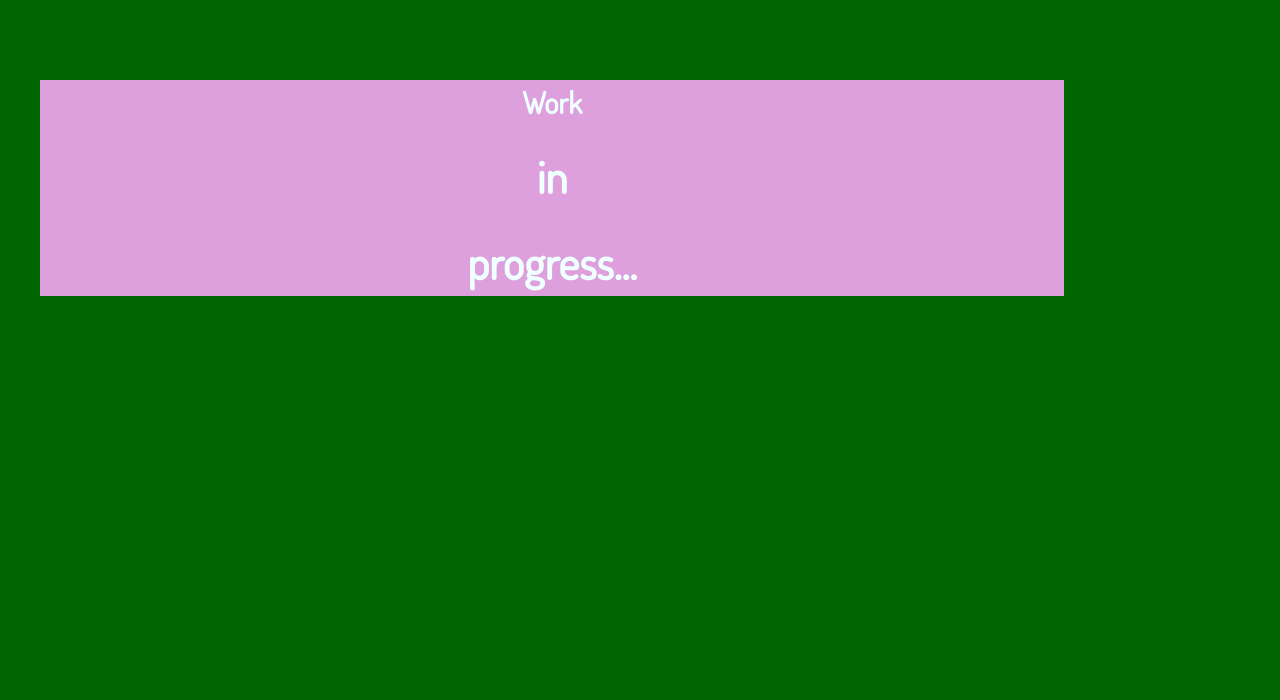
Repository: NollieChtn6/NollieChtn6.github.io
Page: index.html
The author's editor kept a copy of each file at every save. The page is drawn from the files as they stood at one save, then again after the next save.
The browser window is 1280 px wide. The pictures show the whole page.

Above is the page before, as saved 2023-11-10 18:14:53.

### index.html

<!DOCTYPE html>

<html lang="fr">

<head>
  <meta charset="utf-8">
  <meta name="viewport" content="width=device-width">
  <link href="css/reset.css" rel="stylesheet">
  <link href="css/style.css" rel="stylesheet">
  <link
    href="https://fonts.googleapis.com/css2?family=Dosis&display=swap"
    rel="stylesheet">
  <title>Portfolio</title>
</head>

<body>

  <main class="main__container">

    <div class="main__content">

      <h1 class="main__title">
        <span class="main__title main__title--level-1">
          Work
        </span>
        <span class="main__title main__title--level-2">
          in
        </span>
        <span class="main__title main__title--level-3">
          progress...
        </span>
      </h1>

    </div>

  </main>

</body>

</html>

### css/style.css
/* VARIABLES */

/* :root {

} */


/* GÉNÉRAL */

* {
  box-sizing: border-box;
}

html {
  font-size: 62.5%;
}

body {
  display: flex;
  flex-direction: column;
  height: 100vh;
  min-height: 100vh;
}

h1 {
  font-family: 'Dosis', sans-serif;
}


/* MAIN  */

.main__container {
  display: flex;
  flex-direction: column;
  background-color: antiquewhite;
  height: 100vh;
  width: 100vw;
}

.main__content {
  display: flex;
  flex-direction: column;
  background-color:darkgreen;
  height: 100vh;
  width: 100vw;
  margin-top: auto;
  /* padding: 5rem 0rem 0rem 8rem; */
  /* justify-content: center; */
  /* align-items: center; */
  padding-top: 8rem;
  padding-left: 4rem;;

}

h1 {
  display: flex;
  flex-direction: column;
  width: 80vw;
  height: 30vh;
  font-size: 3rem;
  background-color: plum;
  color: azure;
  justify-content: space-between;
}

.main__title--level-1 {
  align-self: center;

}

.main__title--level-2 {
  align-self: center;
  font-size: 1.5em;
}

.main__title--level-3 {
  align-self: center;
  font-size: 1.5em;
}

Loaded but not shown: css/reset.css (common file)

After the next save:
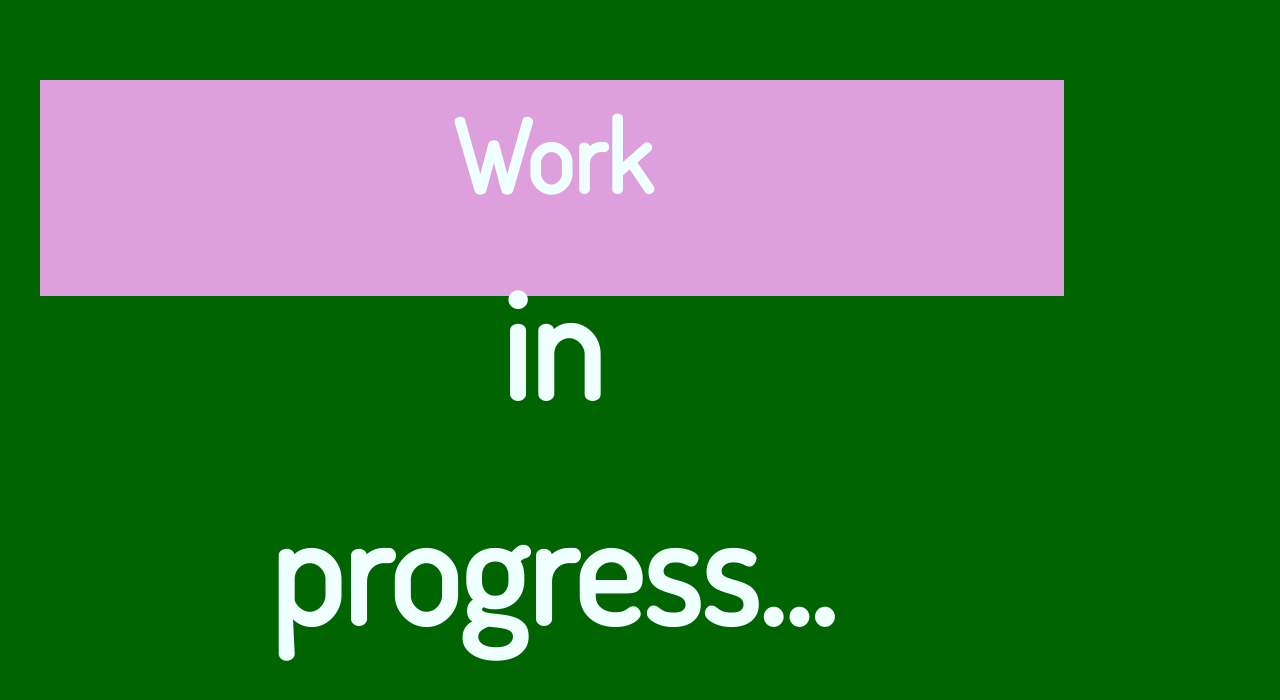
Saved 16 s later.
--- a/css/style.css
+++ b/css/style.css
@@ -57,7 +57,7 @@ h1 {
   flex-direction: column;
   width: 80vw;
   height: 30vh;
-  font-size: 3rem;
+  font-size: 10rem;
   background-color: plum;
   color: azure;
   justify-content: space-between;
